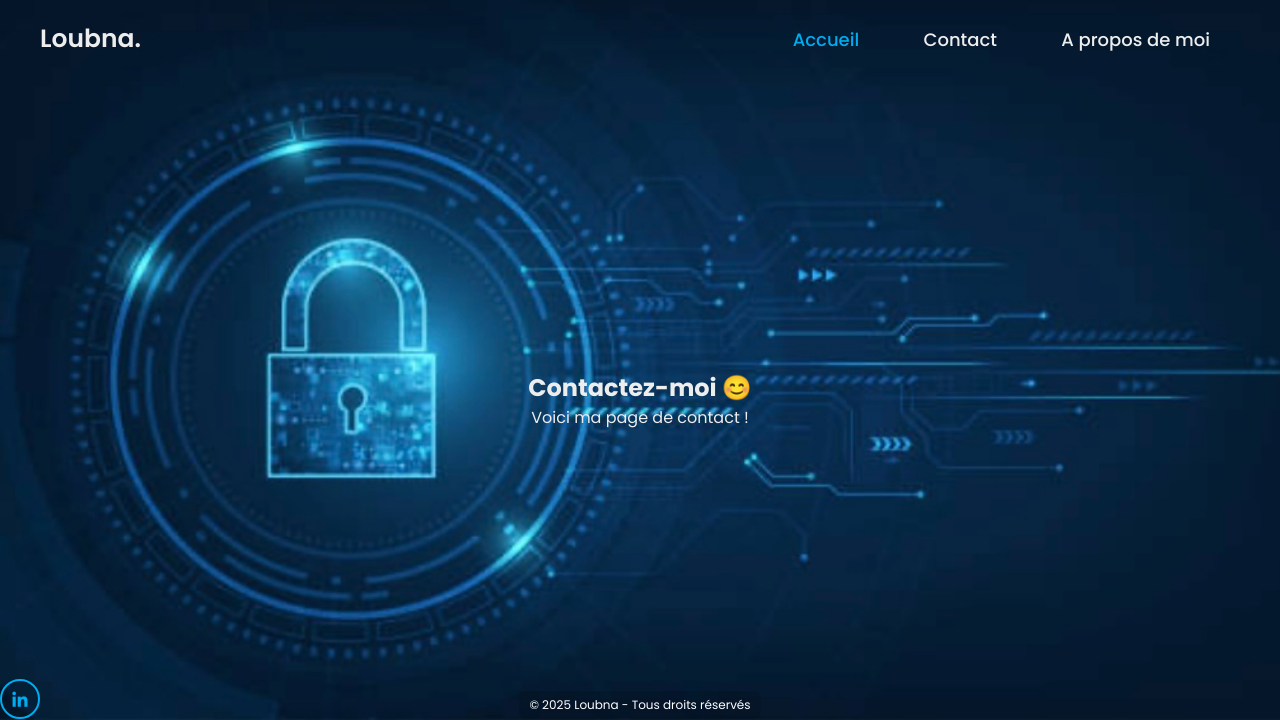
Repository: Loubna77290/Portfolio-de-Loubna
Page: contact.html
The author's editor kept a copy of each file at every save. The page is drawn from the files as they stood at one save, then again after the next save.
The browser window is 1280 px wide. The pictures show the whole page.

Above is the page before, as saved 2025-03-10 22:36:50.

After the next save:
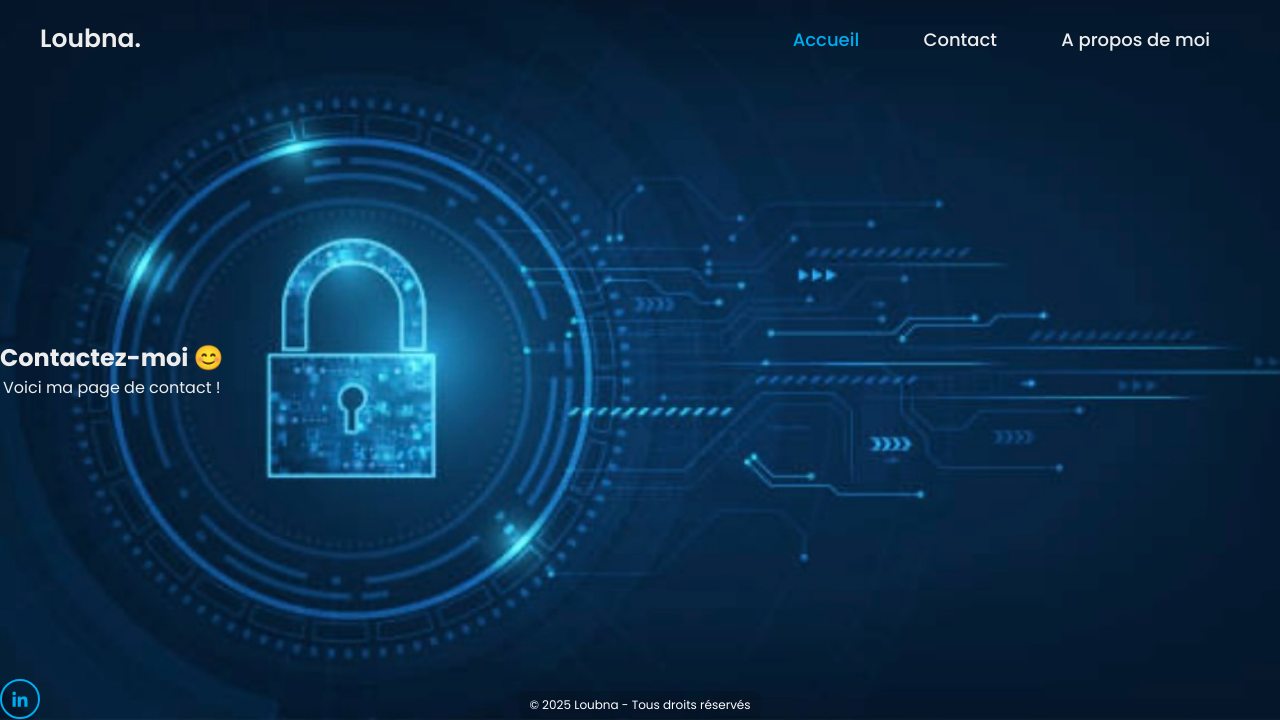
Saved 103 s later.
--- a/style.css
+++ b/style.css
@@ -268,14 +268,17 @@ body {
     display: flex;
 }
 
+.contact-background h1 {
+    margin-top: 20px;
+}
+
 .contact-contenu {
     display: flex;
     flex-direction: column;
     justify-content: center;
     align-items: center;
     text-align: center;
-    margin-top: 80px;
-    width: 100%;
+
 }
 
 /* footer page à propos de moi  */
